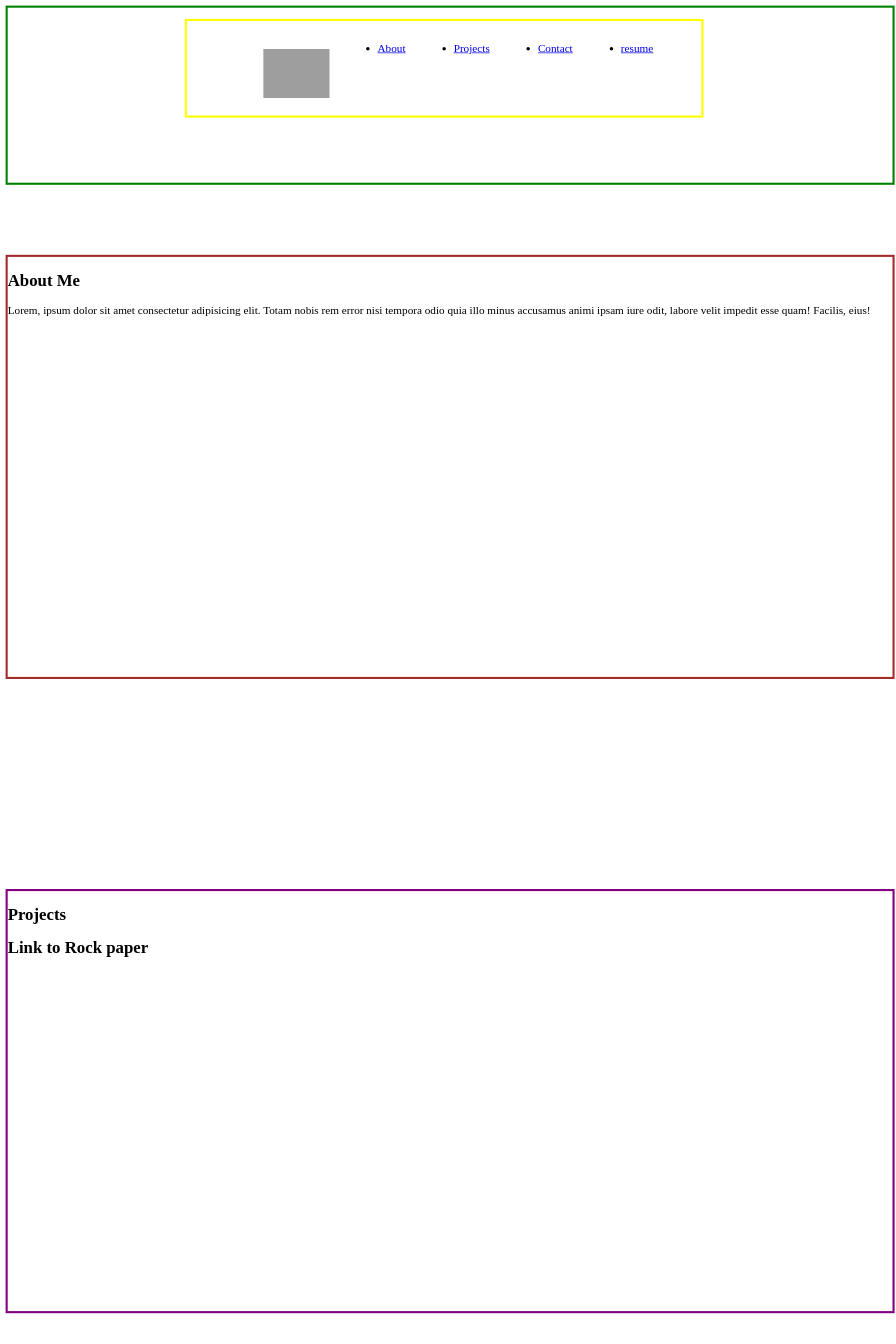
Repository: JohnDunst/projecttwo
Page: /
The author's editor kept a copy of each file at every save. The page is drawn from the files as they stood at one save, then again after a run of saves.
The browser window is 1280 px wide. The pictures show the part of the page from y = 0 to 1920 px (the page is 2790 px tall), at 70% of full size.
Pictures or frames that could not be fetched are drawn as grey boxes. The project was rebuilt for these pictures with package versions that can differ from the ones it lists, and the page was loaded fresh each time. Imported but missing from the stored project, and not drawn on this page: src/assets/Dunst Resume.pdf.

Above is the page before, as saved 2023-08-03 23:23:43.

### src/App.js
import React from 'react';
import Header from './components/Header';
import About from './components/About';
import Projects from './components/Projects';
import Contact from './components/Contact';
import Resume from './components/Resume';
import './style.css'

const App = () => {
  return (
    <div className="app">
      <Header />
        <About />
        <Projects />
        <Resume />
        <Contact />
    </div>
  );
};

export default App;

### src/components/Header.jsx
import React from "react";
import CV from "../assets/Dunst Resume.pdf";
import Resume from "./Resume";

const Header = () => {




  const scrollToAbout = () => {
    const aboutSection = document.getElementById("about");
    if (aboutSection) {
      aboutSection.scrollIntoView({ behavior: "smooth" });
    }
  };



  const openResume = () => {
    window.open(CV, "Dunst Resume.pdf"); // Open the PDF in a new browser tab
  };





  return (
    <div>
      <div className="headerConatiner">
        <ul className="linkContainer">
          <a href="spicy" className="nav__logo">
            <img
              src="https://encrypted-tbn0.gstatic.com/images?q=tbn:ANd9GcQTsOxv6UAiGwL2tSXdFUM0rM63enIOaDz2eQ&usqp=CAU"
              alt="Nevergiveup"
            />
          </a>
          <li>
            <a href="#about" onClick={scrollToAbout}>
              About
            </a>
          </li>
          <li>
            <a href="#projects">Projects</a>
          </li>
          <li>
            <a href="#contact">Contact</a>
          </li>
          <li>
            <a href="#resume" onClick={openResume}>
              resume
            </a>
          </li>
        </ul>
      </div>
    </div>
  );
};
export default Header;

### src/components/About.jsx
import React from 'react';

const About = () => {
  return (
    <section id="about">
      <h2>About Me</h2>
      <p>
       Lorem, ipsum dolor sit amet consectetur adipisicing elit. Totam nobis rem error nisi tempora odio quia illo minus accusamus animi ipsam iure odit, labore velit impedit esse quam! Facilis, eius!
      </p>

    </section>
  );
};

export default About;

### src/components/Projects.jsx
import React from 'react';

const Projects = () => {
  return (
    <section id="projects">
      <h2>Projects</h2>
            <div>
                <h1> Link to Rock paper </h1>


            </div>
    </section>
  );
};

export default Projects;

### src/components/Contact.jsx
import React from 'react';

const Contact = () => {
  return (
    <section id="contact">
      <h2>Contact Me</h2>
              {/* Add Linkdin Github Email  */}
    </section>
  );
};

export default Contact;

### src/components/Resume.jsx
import React, { useRef } from "react";
import CV from "../assets/Dunst Resume.pdf";
import Header from "./Header";

const Resume = () => {
  const resumeLinkRef = useRef(null);

  const openResume = () => {
    window.open(CV, "Dunst Resume.pdf"); // Open the PDF in a new browser tab
  };
  React.useEffect =
    (() => {
      if (resumeLinkRef.current) {
        resumeLinkRef.current.addEventListener("click", openResume);
      }
      return () => {
        if (resumeLinkRef.current) {
          resumeLinkRef.current.removeEventListener("click", openResume);
        }
      };
    },
    []);
};

export default Resume;

### src/style.css
.headerConatiner{
    border: solid green;
    width:100%;
    height: 250px;
    display: flex;
    flex-direction: column;

}
.searchContainer{
    border: solid teal;
    width: 100%;
    height: 100px;
    display: flex;
    justify-content: space-evenly;
    flex-direction: row;
    margin-left: 0%;
}

.linkContainer{
border: solid yellow;
width: 55%;
height:105px;
display: flex;
justify-content: space-evenly;
margin-left: 20%;
padding-top: 30px;

}
#about{
    border: solid brown;
    height: 600px;
    width: 100%;
    margin-top: 100px;

}
#projects{
    border: solid purple;
    margin-top: 300px;

    height: 600px;
    width: 100%;
}
#contact{
    border: solid pink;
    margin-top: 300px;
    height: 600px;
    width: 100%;
}
.nav__logo img{
    height: 70px;
    width: 95px;
margin-bottom: 30px;
}
img{
    max-width: 100%;
    padding-top: 10px;
}

Loaded but not shown: public/index.html (common file); src/index.js (common file)

After the next 4 saves:
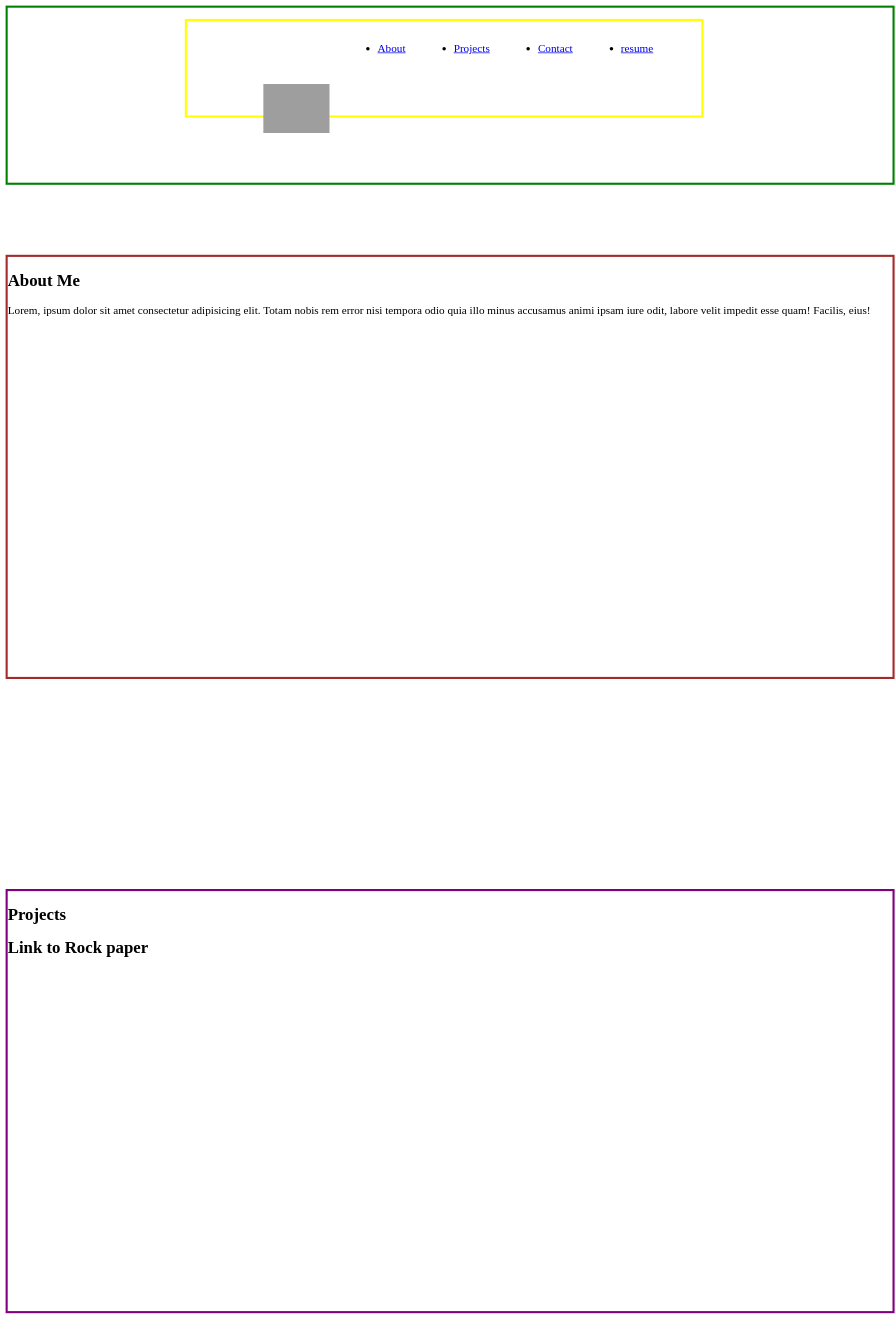
The 4 saves are shown as one change because they came seconds apart.
The last was saved 15 s later.
--- a/src/style.css
+++ b/src/style.css
@@ -49,9 +49,9 @@ padding-top: 30px;
 .nav__logo img{
     height: 70px;
     width: 95px;
-margin-bottom: 30px;
+margin-bottom: 50px;
 }
 img{
     max-width: 100%;
-    padding-top: 10px;
+    padding-top: 60px;
 }
